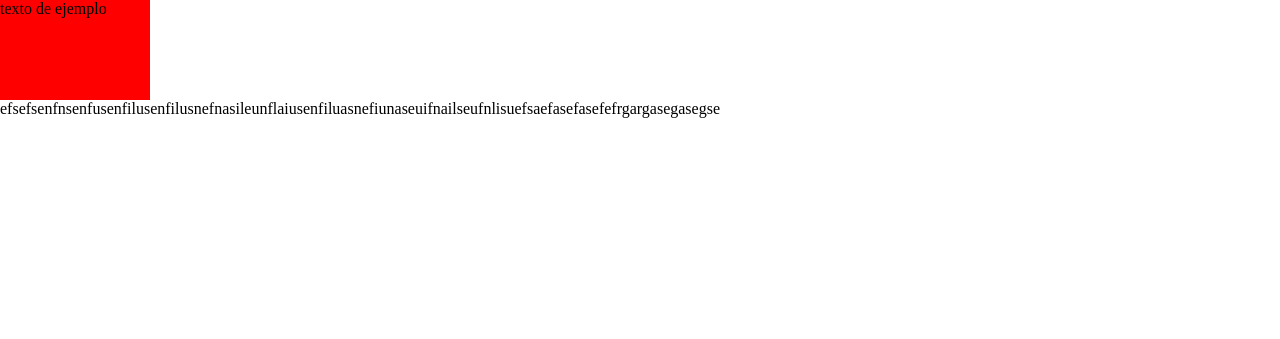
Repository: Daniel009980/daniel0099980
Page: desafio/index.html
These files come from the project's save history. The page is drawn as it stood at one moment and after the next save; the edit follows.
The browser window is 1280 px wide. The pictures show the whole page.

Above is the page before, as saved 2022-09-18 23:28:03.

### desafio/index.html
<!DOCTYPE html>
<html lang="en">
<head>
    <meta charset="UTF-8">
    <meta http-equiv="X-UA-Compatible" content="IE=edge">
    <meta name="viewport" content="width=device-width, initial-scale=1.0">
    <title>Desafio</title>
    <link rel="stylesheet" href="./style.css">
</head>
<body>
    <main>
        <div><p>texto de ejemplo</p></div>
        <section><p>efsefsenfnsenfusenfilusenfilusnefnasileunflaiusenfiluasnefiunaseuifnailseufnlisuefsaefasefasefefrgargasegasegse</p></section>
    </main>
</body>
</html>

### desafio/style.css
*{
    box-sizing: border-box;
    margin: 0;
    padding: 0;
}

div{
    background-color: red;
    width: 150px;
    height: 100px;
}

After the next save:
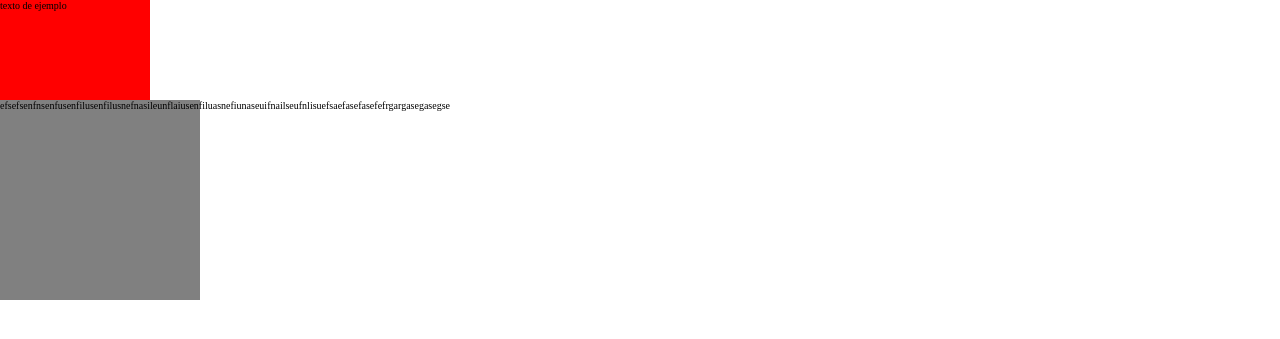
Saved 76 s later.
--- a/desafio/style.css
+++ b/desafio/style.css
@@ -2,6 +2,10 @@
     box-sizing: border-box;
     margin: 0;
     padding: 0;
+}
+
+html{
+    font-size: 62.5%;
 }
 
 div{
@@ -9,3 +13,9 @@
     width: 150px;
     height: 100px;
 }
+
+section{
+    background-color: grey;
+    width: 200px;
+    height: 200px;
+}
